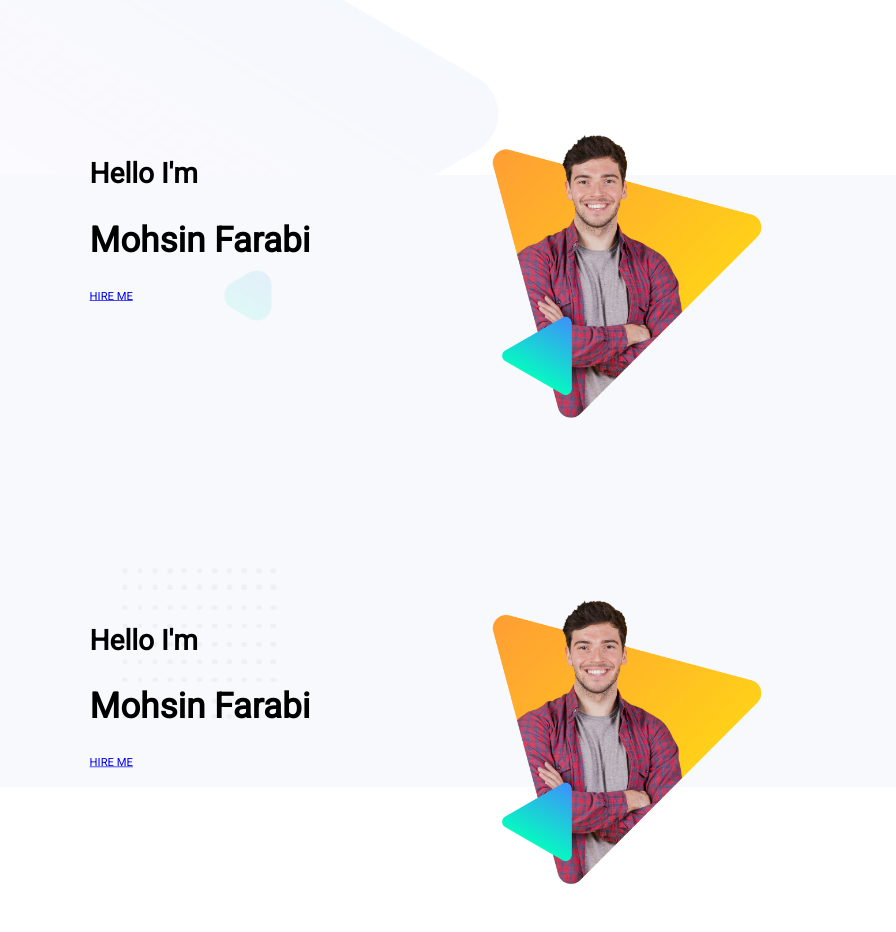
Repository: mohsinfarabi/personal-website
Page: index.html
The author's editor kept a copy of each file at every save. The page is drawn from the files as they stood at one save, then again after the next save.
The browser window is 1280 px wide. The pictures show the whole page, at 70% of full size.

Above is the page before, as saved 2020-07-01 02:37:53.

After the next save:
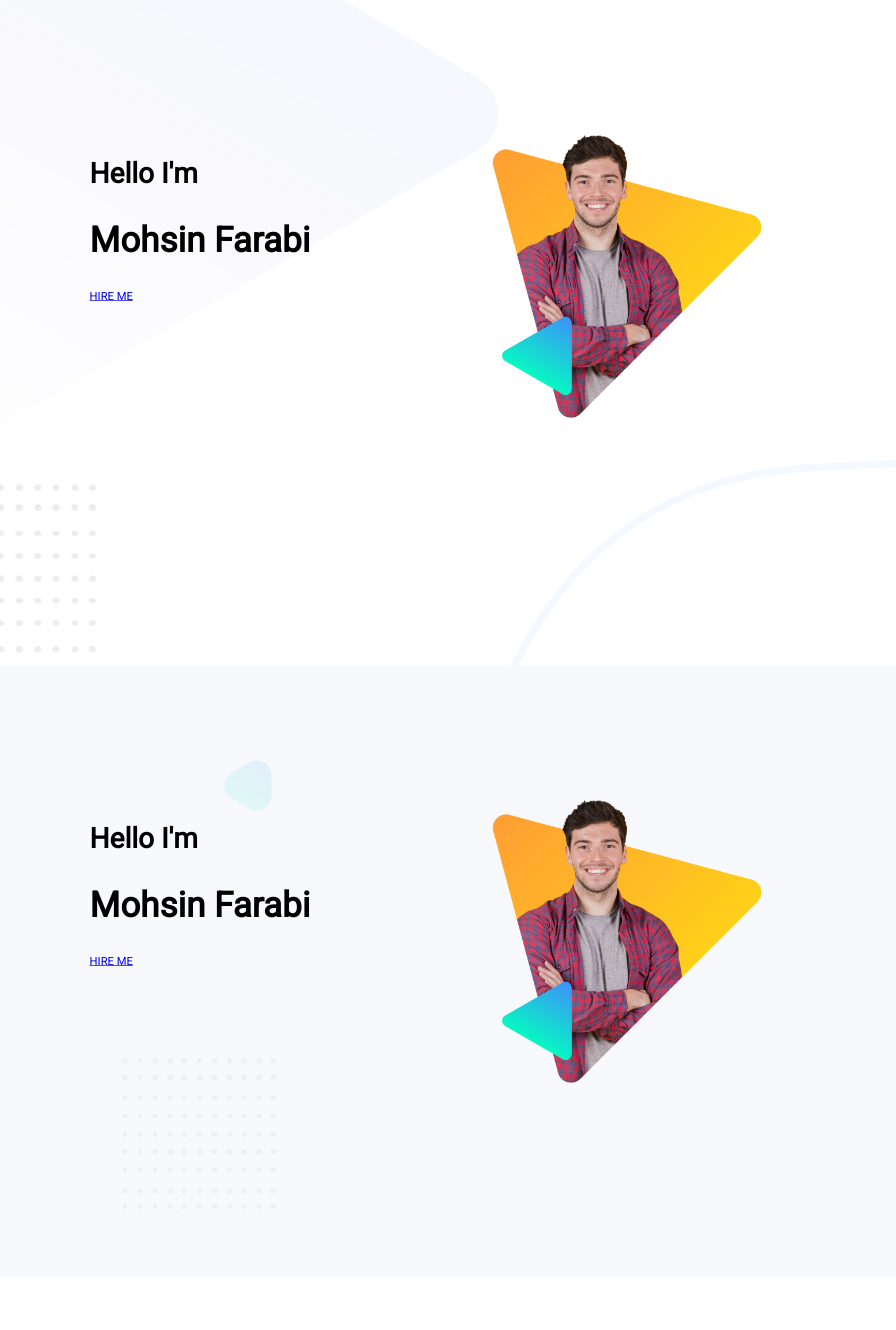
Saved 29 s later.
--- a/style.css
+++ b/style.css
@@ -28,7 +28,6 @@
 .header-part {
     background-image: url("images/header-bg.png");
     background-repeat: no-repeat;
-    height: fit-content;
 }
 
 .half-width {
